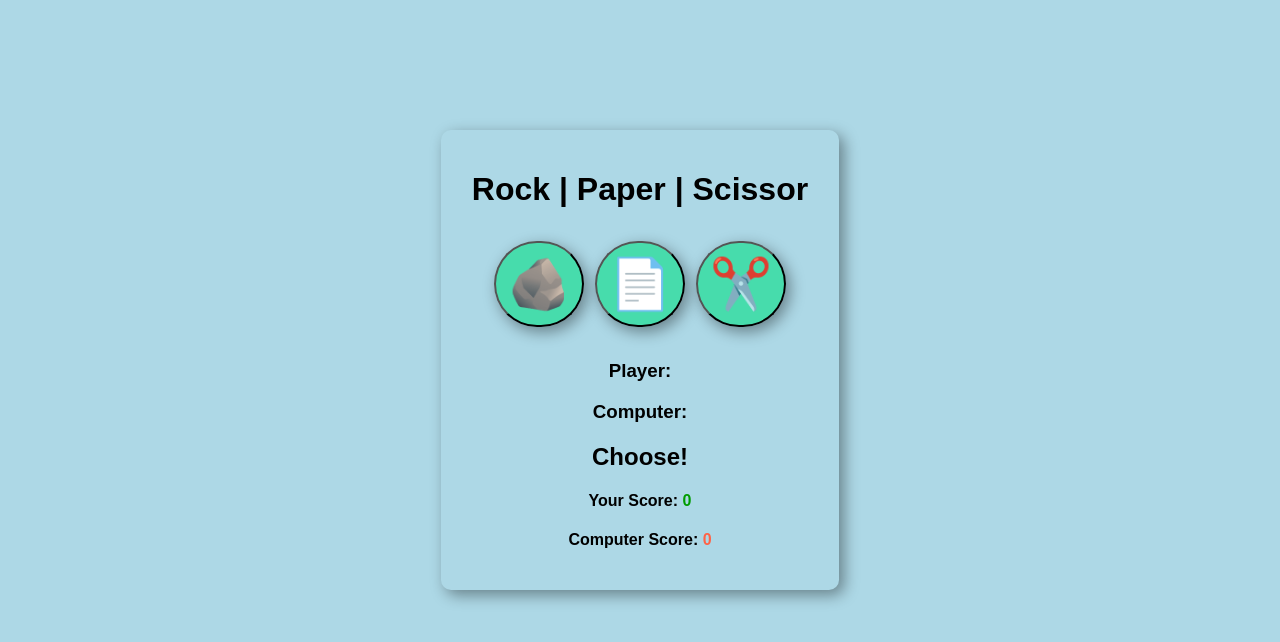
Repository: SakthivelDurai47/Rock-Paper-Sissors
Page: index.html
The author's editor kept a copy of each file at every save. The page is drawn from the files as they stood at one save, then again after the next save.
The browser window is 1280 px wide. The pictures show the whole page.

Above is the page before, as saved 2025-04-14 23:23:04.

After the next save:
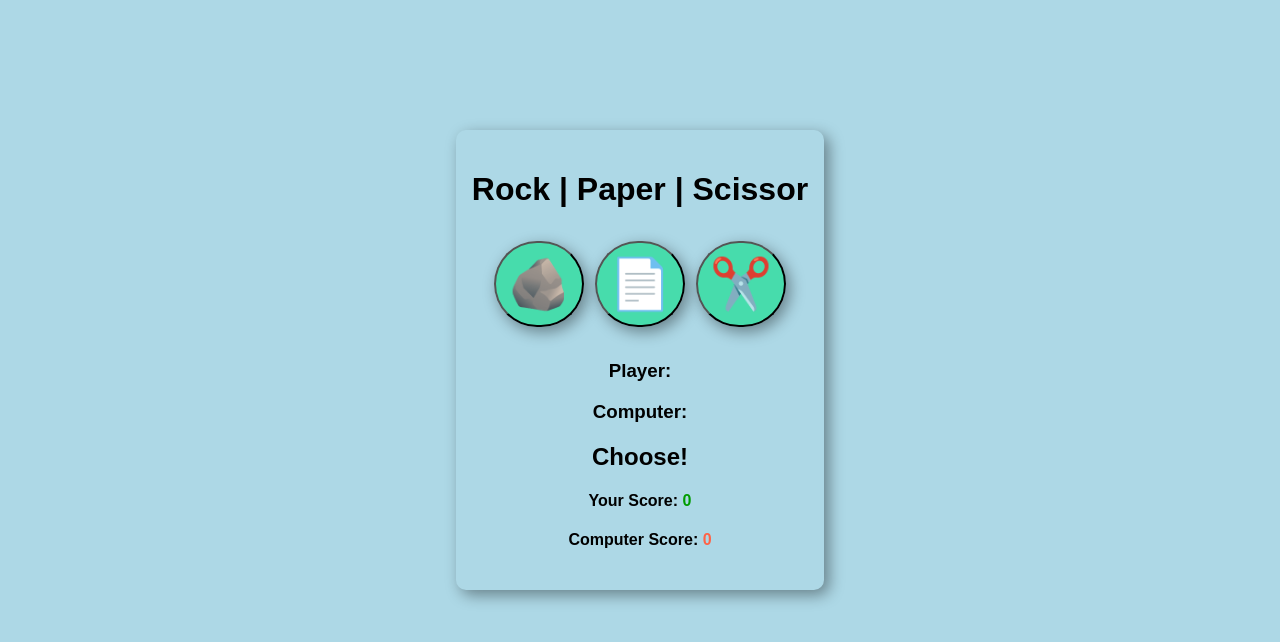
Saved 38 s later.
--- a/styles.css
+++ b/styles.css
@@ -41,7 +41,7 @@ button:hover {
 }
 main {
   margin: auto;
-  padding: 20px;
+  padding: 20px 5px;
   border-radius: 10px;
   box-shadow: 5px 5px 15px rgba(0, 0, 0, 0.4);
 }
